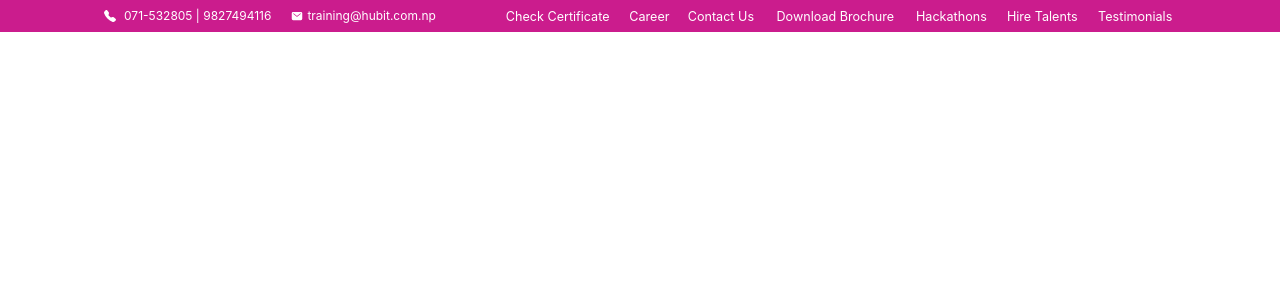
Repository: Sushant203/react-training-
Page: /
These files come from the project's save history. The page is drawn as it stood at one moment and after the next save; the edit follows.
The browser window is 1280 px wide. The page is 1280 px wide, then 1282 px, then 1280 px, so the pictures cover 1282 px, including what lies to the right of the window. The pictures show the whole page.
The project was rebuilt for these pictures with package versions that can differ from the ones it lists, and the page was loaded fresh each time. Also part of the build but not shown: src/App.css.

Above is the page before, as saved 2022-12-16 08:58:50.

After the next save:
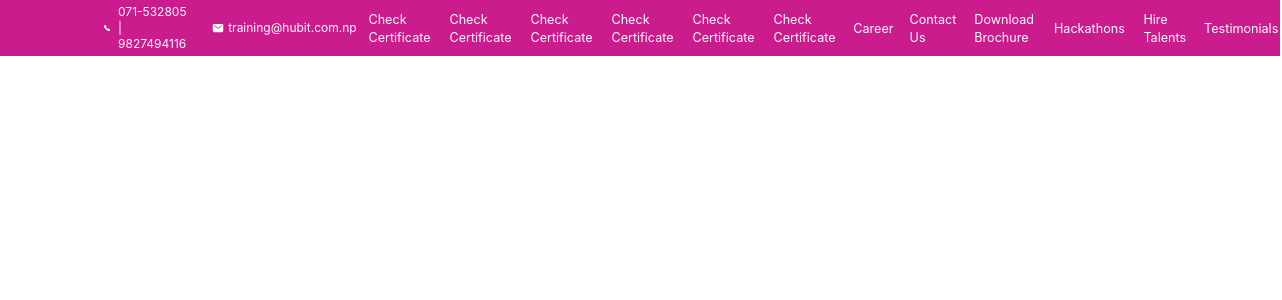
Saved 12 s later.
--- a/src/components/UpperNav.jsx
+++ b/src/components/UpperNav.jsx
@@ -3,6 +3,21 @@ import { BsFillTelephoneFill } from "react-icons/bs";
 import { IoMail } from "react-icons/io5";
 const UpperNav = () => {
   const obj = [
+    {
+      title: " Check Certificate",
+    },
+    {
+      title: " Check Certificate",
+    },
+    {
+      title: " Check Certificate",
+    },
+    {
+      title: " Check Certificate",
+    },
+    {
+      title: " Check Certificate",
+    },
     {
       title: " Check Certificate",
     },

After the save that followed:
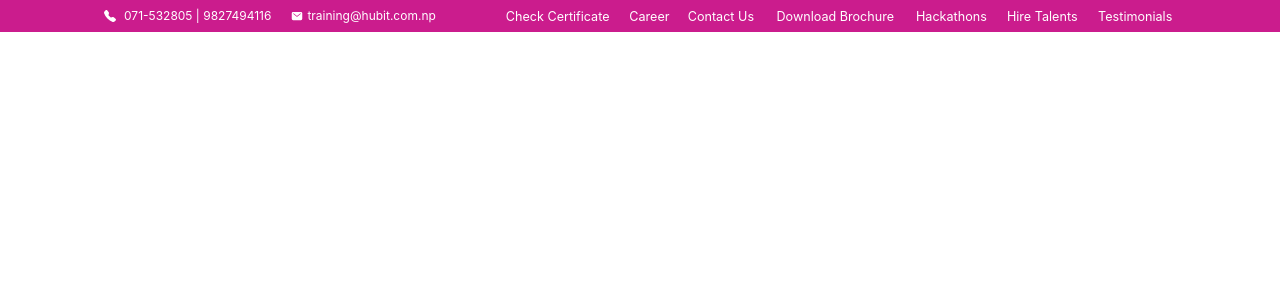
Saved 2 min 42 s later.
--- a/src/components/UpperNav.jsx
+++ b/src/components/UpperNav.jsx
@@ -7,19 +7,22 @@ const UpperNav = () => {
       title: " Check Certificate",
     },
     {
-      title: " Check Certificate",
+      title: "Career",
     },
     {
-      title: " Check Certificate",
+      title: "Contact Us",
     },
     {
-      title: " Check Certificate",
+      title: "Download Brochure",
     },
     {
-      title: " Check Certificate",
+      title: "Hackathons",
     },
     {
-      title: " Check Certificate",
+      title: " Hire Talents",
+    },
+    {
+      title: "Testimonials",
     },
   ];
   return (
@@ -49,24 +52,24 @@ const UpperNav = () => {
             );
           })}
 
-          <div className="cursor-pointer hover:transition ease-in-out delay-150 hover:-translate-y-0.5 scale-90 duration-300">
-            Career
+          {/* <div className="cursor-pointer hover:transition ease-in-out delay-150 hover:-translate-y-0.5 scale-90 duration-300">
+
           </div>
           <div className="cursor-pointer hover:transition ease-in-out delay-150 hover:-translate-y-0.5 scale-90 duration-300">
-            Contact Us
+
           </div>
           <div className="cursor-pointer hover:transition ease-in-out delay-150 hover:-translate-y-0.5 scale-90 duration-300">
-            Download Brochure
+
           </div>
           <div className="cursor-pointer hover:transition ease-in-out delay-150 hover:-translate-y-0.5 scale-90 duration-300">
-            Hackathons
+
           </div>
           <div className="cursor-pointer hover:transition ease-in-out delay-150 hover:-translate-y-0.5 scale-90 duration-300">
-            Hire Talents
+
           </div>
           <div className="cursor-pointer hover:transition ease-in-out delay-150 hover:-translate-y-0.5 scale-90 duration-300">
-            Testimonials
-          </div>
+            Testimonials */}
+          {/* </div> */}
         </div>
       </div>
     </div>
